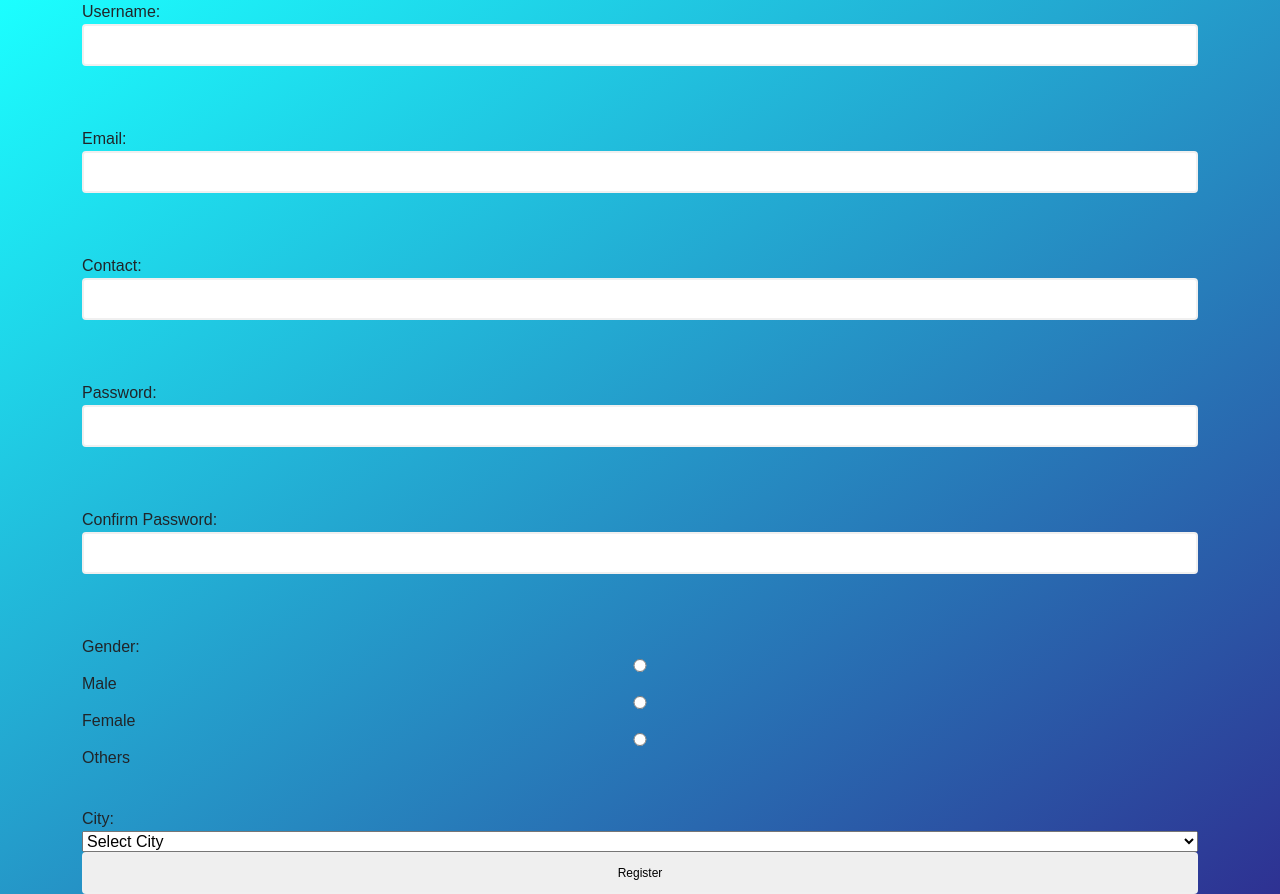
Repository: MD-1107/ISS_Assignment
Page: http://localhost/DemoRegisterLogin/Register
An editor plug-in stored every save of this project. The page is shown before and after the next save, followed by the edit.
The browser window is 1280 px wide. The pictures show the whole page.
The page is served by Tomcat 9.

Above is the page before, as saved 2024-01-03 11:43:54.

After the next save:
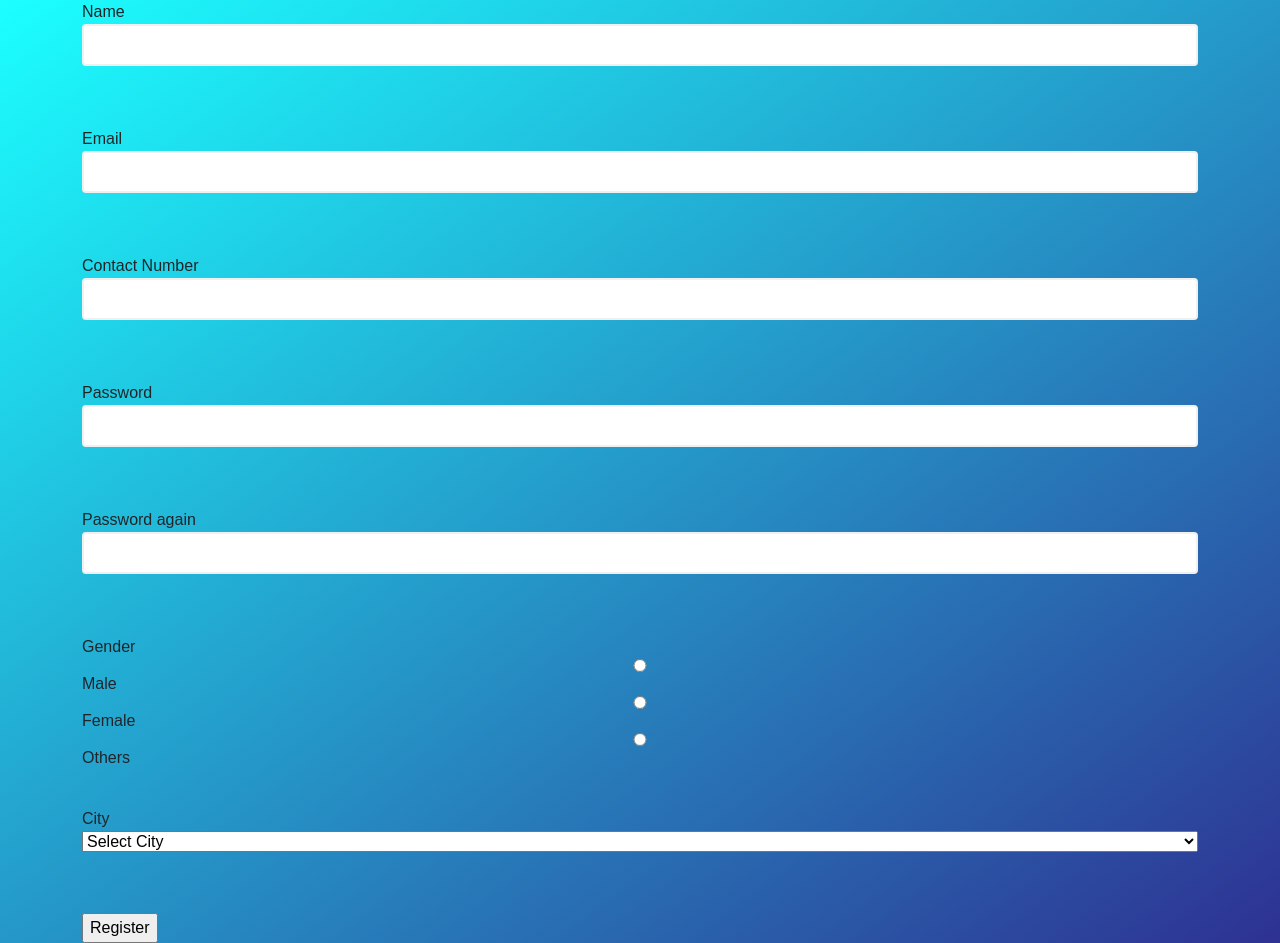
Saved 6 min 0 s later.
--- a/INTEGRATING CLIENT SIDE PROGRAMMING/DemoRegisterLogin/src/main/webapp/register.jsp
+++ b/INTEGRATING CLIENT SIDE PROGRAMMING/DemoRegisterLogin/src/main/webapp/register.jsp
@@ -14,20 +14,62 @@
 <div class="container">
 <form name="registerForm" action="Register" method="post">
 
-<div class="input-control">Username: <input type="text" id="name" name="name"/> <br/> <br/><div class="error"></div></div>
-<div class="input-control">Email: <input type="email" id="email" name="email"/> <br/> <br/><div class="error"></div></div>
-<div class="input-control">Contact: <input type="text" id="contact" name="contact"/> <br/> <br/><div class="error"></div></div>
-<div class="input-control">Password: <input type="password" id="password" name="password"/> <br/> <br/><div class="error"></div></div>
-<div class="input-control">Confirm Password: <input type="password" id="password2" name="password2"/> <br/> <br/><div class="error"></div></div>
-<div class="input-control">Gender: <input type="radio" id="gender" name="gender"/> Male<input type="radio" name="gender">Female<input type="radio" name="gender">Others<br/> <br/><div class="error"></div></div>
-<div class="input-control">City: <select name="city" id="city">
+<div class="input-control">
+<label for="name">Name</label>
+<input type="text" id="name" name="name"/>
+<br/> <br/>
+<div class="error"></div>
+</div>
+
+<div class="input-control">
+<label for="email">Email</label>
+<input type="email" id="email" name="email"/>
+<br/> <br/>
+<div class="error"></div>
+</div>
+
+
+<div class="input-control">
+<label for="contact">Contact Number</label>
+<input type="text" id="contact" name="contact"/>
+<br/> <br/>
+<div class="error"></div>
+</div>
+
+
+<div class="input-control">
+<label for="password">Password</label>
+<input type="password" id="password" name="password"/>
+<br/> <br/>
+<div class="error"></div>
+</div>
+
+<div class="input-control">
+<label for="password2">Password again</label>
+<input type="password" id="password2" name="password2"/>
+<br/> <br/>
+<div class="error"></div>
+</div>
+
+<div class="input-control">
+<label for="gender">Gender</label>
+<input type="radio" id="gender" name="gender"/> Male<input type="radio" name="gender">Female<input type="radio" name="gender">Others
+<br/> <br/>
+<div class="error"></div>
+</div>
+
+<div class="input-control">
+<label for="city">City</label>
+<select name="city" id="city">
           <option> Select City </option>
           <option> Delhi </option>
           <option> Mumbai </option>
           <option> Pune </option>
           <option> Bengalore </option>
-          <div class="error"></div></div>
-    </select>
+</select>
+<br/> <br/>
+<div class="error"></div>
+</div>
 
     <input type="submit" value="Register" />
 
